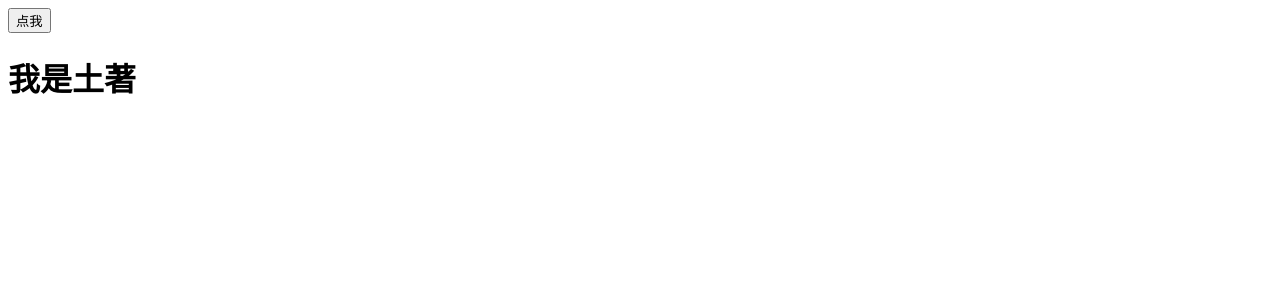
Repository: monijijian/VScodeProject
Page: ajax/index.html
An editor plug-in stored every save of this project. The page is shown before and after the next save, followed by the edit.
The browser window is 1280 px wide. The pictures show the whole page.

Above is the page before, as saved 2020-09-23 17:16:20.

After the next save:
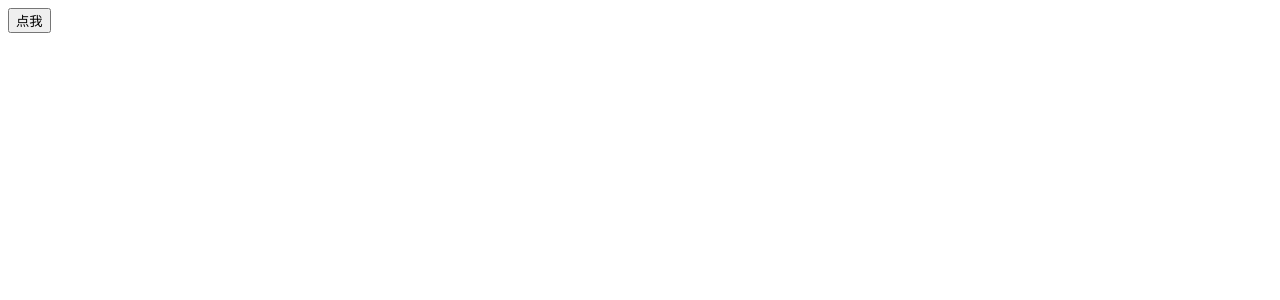
Saved 3 min 29 s later.
--- a/ajax/index.html
+++ b/ajax/index.html
@@ -24,7 +24,16 @@
         aobj.onreadystatechange = function(){
             //为了保证数据完整返回，需要判断两个值
             if(aobj.readyState==4 && aobj.status ==200){
+                //到这说明 数据返回，且请求的页面是存在的
 
+                //5. 在注册的事件中获取返回的  内容 并且修改页面的显示
+                console.log('数据返回成功');
+
+                //数据是保存在  异步对象  的属性中
+                console.log(aobj.responseText);
+
+                //修改页面的显示
+                document.querySelector('h1').innerHTML = aobj.responseText;
             }
         }
     </script>

After the save that followed:
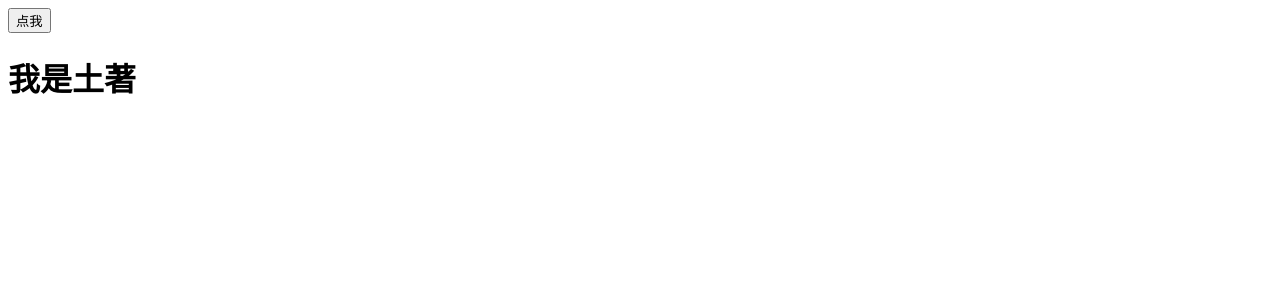
Console error: TypeError: Cannot set properties of null (setting 'onclick')
Saved 104 s later.
--- a/ajax/index.html
+++ b/ajax/index.html
@@ -10,7 +10,10 @@
     <h1>我是土著</h1>
 
     <script>
-        //1. new一个XMLHttpRequest的对象
+
+        //绑定点击事件
+        document.getElementById('#btn').onclick = function(){
+            //1. new一个XMLHttpRequest的对象
         let aobj = new XMLHttpRequest();
 
         //2. 通过open()方法设置 方法、地址  参数
@@ -36,6 +39,8 @@
                 document.querySelector('h1').innerHTML = aobj.responseText;
             }
         }
+        }
+
     </script>
 </body>
 </html>
